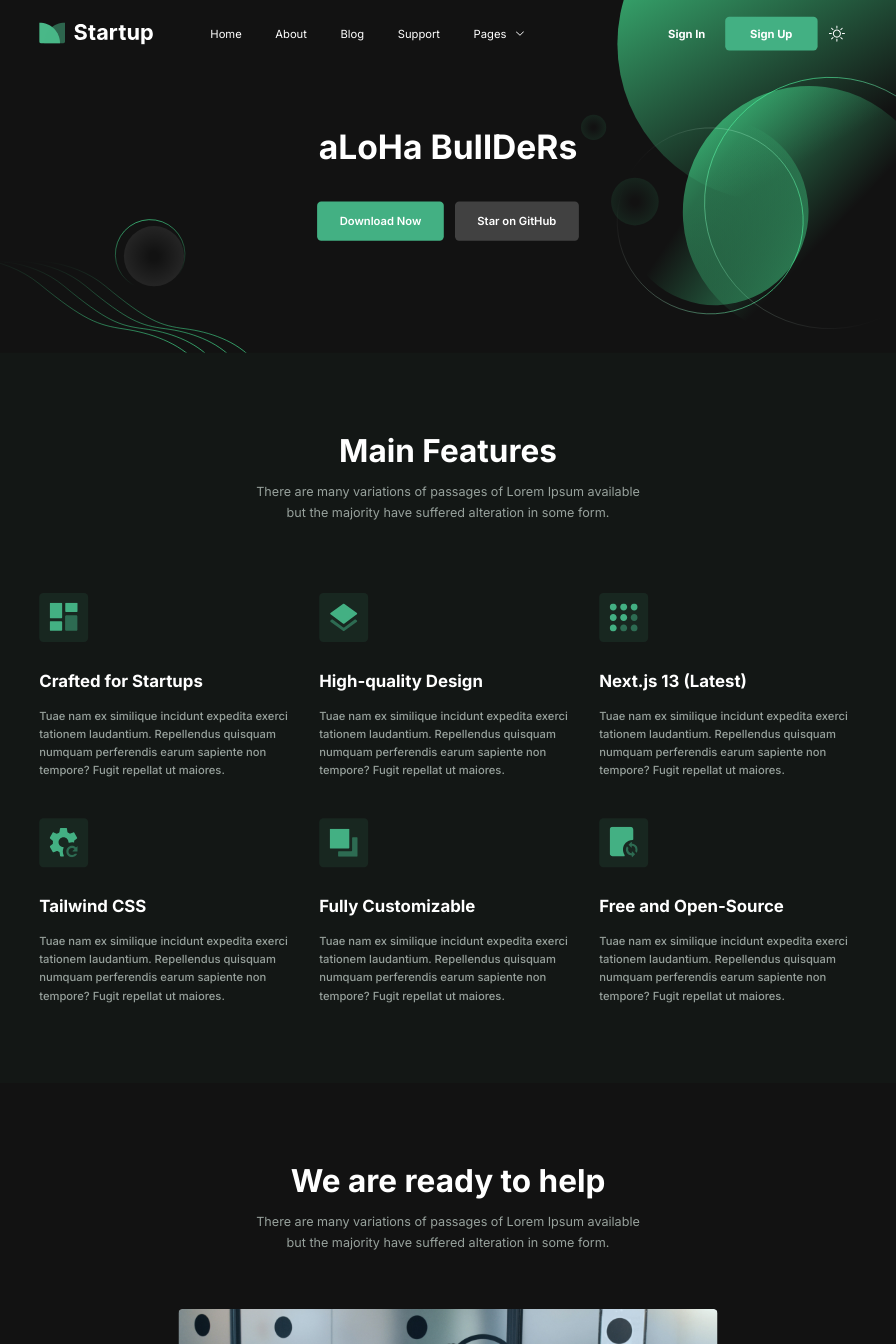
Repository: mosesvk/_startupPoly
Page: /
These files come from the project's save history. The page is drawn as it stood at one moment and after the next save; the edit follows.
The browser window is 1280 px wide. The pictures show the part of the page from y = 0 to 1920 px (the page is 8122 px tall), at 70% of full size.
The project was rebuilt for these pictures with package versions that can differ from the ones it lists, and the page was loaded fresh each time. The framework's server and built-in components were replaced by stand-ins that run in the browser. Also part of the build but not shown: next.config.js.

Above is the page before, as saved 2023-08-23 13:54:53.

### app/layout.tsx
"use client";

import Footer from "@/components/Footer";
import Header from "@/components/Header";
import ScrollToTop from "@/components/ScrollToTop";
import "node_modules/react-modal-video/css/modal-video.css";
import "../styles/index.css";

export default function RootLayout({
  children,
}: {
  children: React.ReactNode;
}) {
  return (
    <html suppressHydrationWarning lang="en">
      {/*
        <head /> will contain the components returned by the nearest parent
        head.js. Find out more at https://beta.nextjs.org/docs/api-reference/file-conventions/head
      */}
      <head />

      <body className="">
        <Providers>
          <Header />
          {children}
          <Footer />
          <ScrollToTop />
        </Providers>
      </body>
    </html>
  );
}

import { Providers } from "./providers";

### components/ScrollToTop/index.tsx
import { useEffect, useState } from "react";

export default function ScrollToTop() {
  const [isVisible, setIsVisible] = useState(false);

  // Top: 0 takes us all the way back to the top of the page
  // Behavior: smooth keeps it smooth!
  const scrollToTop = () => {
    window.scrollTo({
      top: 0,
      behavior: "smooth",
    });
  };

  useEffect(() => {
    // Button is displayed after scrolling for 500 pixels
    const toggleVisibility = () => {
      if (window.pageYOffset > 300) {
        setIsVisible(true);
      } else {
        setIsVisible(false);
      }
    };

    window.addEventListener("scroll", toggleVisibility);

    return () => window.removeEventListener("scroll", toggleVisibility);
  }, []);

  return (
    <div className="fixed bottom-8 right-8 z-[99]">
      {isVisible && (
        <div
          onClick={scrollToTop}
          aria-label="scroll to top"
          className="flex h-10 w-10 cursor-pointer items-center justify-center rounded-md bg-primary text-white shadow-md transition duration-300 ease-in-out hover:bg-opacity-80 hover:shadow-signUp"
        >
          <span className="mt-[6px] h-3 w-3 rotate-45 border-t border-l border-white"></span>
        </div>
      )}
    </div>
  );
}

### components/Blog/index.tsx
import SectionTitle from "../Common/SectionTitle";
import SingleBlog from "./SingleBlog";
import blogData from "./blogData";

const Blog = () => {
  return (
    <section id="blog" className="bg-primary/5 py-16 md:py-20 lg:py-28">
      <div className="container">
        <SectionTitle
          title="Our Latest Blogs"
          paragraph="There are many variations of passages of Lorem Ipsum available but the majority have suffered alteration in some form."
          center
        />

        <div className="grid grid-cols-1 gap-x-8 gap-y-10 md:grid-cols-2 md:gap-x-6 lg:gap-x-8 xl:grid-cols-3">
          {blogData.map((blog) => (
            <div key={blog.id} className="w-full">
              <SingleBlog blog={blog} />
            </div>
          ))}
        </div>
      </div>
    </section>
  );
};

export default Blog;

### components/Features/index.tsx
import SectionTitle from "../Common/SectionTitle";
import SingleFeature from "./SingleFeature";
import featuresData from "./featuresData";

const Features = () => {
  return (
    <>
      <section
        id="features"
        className="bg-primary/[.03] py-16 md:py-20 lg:py-28"
      >
        <div className="container">
          <SectionTitle
            title="Main Features"
            paragraph="There are many variations of passages of Lorem Ipsum available but the majority have suffered alteration in some form."
            center
          />

          <div className="grid grid-cols-1 gap-x-8 gap-y-14 md:grid-cols-2 lg:grid-cols-3">
            {featuresData.map((feature) => (
              <SingleFeature key={feature.id} feature={feature} />
            ))}
          </div>
        </div>
      </section>
    </>
  );
};

export default Features;

### components/Hero/index.tsx
import Link from "next/link";

const Hero = () => {
  return (
    <>
      <section
        id="home"
        className="relative z-10 overflow-hidden pt-[120px] pb-16 md:pt-[150px] md:pb-[120px] xl:pt-[180px] xl:pb-[160px] 2xl:pt-[210px] 2xl:pb-[200px]"
      >
        <div className="container">
          <div className="-mx-4 flex flex-wrap">
            <div className="w-full px-4">
              <div
                className="wow fadeInUp mx-auto max-w-[800px] text-center"
                data-wow-delay=".2s"
              >
                <h1 className="mb-5 text-3xl font-bold leading-tight text-black dark:text-white sm:text-4xl sm:leading-tight md:text-5xl md:leading-tight">
                  aLoHa BuIlDeRs
                </h1>
                <p className="mb-12 text-base font-medium !leading-relaxed text-body-color dark:text-white dark:opacity-90 sm:text-lg md:text-xl">

                </p>
                <div className="flex flex-col items-center justify-center space-y-4 sm:flex-row sm:space-x-4 sm:space-y-0">
                  <Link
                    href="https://nextjstemplates.com/templates/startup"
                    className="rounded-md bg-primary py-4 px-8 text-base font-semibold text-white duration-300 ease-in-out hover:bg-primary/80"
                  >
                    Download Now
                  </Link>
                  <Link
                    href="https://github.com/NextJSTemplates/startup-nextjs"
                    className="rounded-md bg-black/20 py-4 px-8 text-base font-semibold text-black duration-300 ease-in-out hover:bg-black/30 dark:bg-white/20 dark:text-white dark:hover:bg-white/30"
                  >
                    Star on GitHub
                  </Link>
                </div>
              </div>
            </div>
          </div>
        </div>
        <div className="absolute top-0 right-0 z-[-1] opacity-30 lg:opacity-100">
          <svg
            width="450"
            height="556"
            viewBox="0 0 450 556"
            fill="none"
            xmlns="http://www.w3.org/2000/svg"
          >
            <circle
              cx="277"
              cy="63"
              r="225"
              fill="url(#paint0_linear_25:217)"
            />
            <circle
              cx="17.9997"
              cy="182"
              r="18"
              fill="url(#paint1_radial_25:217)"
            />
            <circle
              cx="76.9997"
              cy="288"
              r="34"
              fill="url(#paint2_radial_25:217)"
            />
            <circle
              cx="325.486"
              cy="302.87"
              r="180"
              transform="rotate(-37.6852 325.486 302.87)"
              fill="url(#paint3_linear_25:217)"
            />
            <circle
              opacity="0.8"
              cx="184.521"
              cy="315.521"
              r="132.862"
              transform="rotate(114.874 184.521 315.521)"
              stroke="url(#paint4_linear_25:217)"
            />
            <circle
              opacity="0.8"
              cx="356"
              cy="290"
              r="179.5"
              transform="rotate(-30 356 290)"
              stroke="url(#paint5_linear_25:217)"
            />
            <circle
              opacity="0.8"
              cx="191.659"
              cy="302.659"
              r="133.362"
              transform="rotate(133.319 191.659 302.659)"
              fill="url(#paint6_linear_25:217)"
            />
            <defs>
              <linearGradient
                id="paint0_linear_25:217"
                x1="-54.5003"
                y1="-178"
                x2="222"
                y2="288"
                gradientUnits="userSpaceOnUse"
              >
                <stop stopColor="#4af79e" />
                <stop offset="1" stopColor="#4af79e" stopOpacity="0" />
              </linearGradient>
              <radialGradient
                id="paint1_radial_25:217"
                cx="0"
                cy="0"
                r="1"
                gradientUnits="userSpaceOnUse"
                gradientTransform="translate(17.9997 182) rotate(90) scale(18)"
              >
                <stop offset="0.145833" stopColor="#4af79e" stopOpacity="0" />
                <stop offset="1" stopColor="#4af79e" stopOpacity="0.08" />
              </radialGradient>
              <radialGradient
                id="paint2_radial_25:217"
                cx="0"
                cy="0"
                r="1"
                gradientUnits="userSpaceOnUse"
                gradientTransform="translate(76.9997 288) rotate(90) scale(34)"
              >
                <stop offset="0.145833" stopColor="#4af79e" stopOpacity="0" />
                <stop offset="1" stopColor="#4af79e" stopOpacity="0.08" />
              </radialGradient>
              <linearGradient
                id="paint3_linear_25:217"
                x1="226.775"
                y1="-66.1548"
                x2="292.157"
                y2="351.421"
                gradientUnits="userSpaceOnUse"
              >
                <stop stopColor="#4af79e" />
                <stop offset="1" stopColor="#4af79e" stopOpacity="0" />
              </linearGradient>
              <linearGradient
                id="paint4_linear_25:217"
                x1="184.521"
                y1="182.159"
                x2="184.521"
                y2="448.882"
                gradientUnits="userSpaceOnUse"
              >
                <stop stopColor="#4af79e" />
                <stop offset="1" stopColor="white" stopOpacity="0" />
              </linearGradient>
              <linearGradient
                id="paint5_linear_25:217"
                x1="356"
                y1="110"
                x2="356"
                y2="470"
                gradientUnits="userSpaceOnUse"
              >
                <stop stopColor="#4af79e" />
                <stop offset="1" stopColor="white" stopOpacity="0" />
              </linearGradient>
              <linearGradient
                id="paint6_linear_25:217"
                x1="118.524"
                y1="29.2497"
                x2="166.965"
                y2="338.63"
                gradientUnits="userSpaceOnUse"
              >
                <stop stopColor="#4af79e" />
                <stop offset="1" stopColor="#4af79e" stopOpacity="0" />
              </linearGradient>
            </defs>
          </svg>
        </div>
        <div className="absolute bottom-0 left-0 z-[-1] opacity-30 lg:opacity-100">
          <svg
            width="364"
            height="201"
            viewBox="0 0 364 201"
            fill="none"
            xmlns="http://www.w3.org/2000/svg"
          >
            <path
              d="M5.88928 72.3303C33.6599 66.4798 101.397 64.9086 150.178 105.427C211.155 156.076 229.59 162.093 264.333 166.607C299.076 171.12 337.718 183.657 362.889 212.24"
              stroke="url(#paint0_linear_25:218)"
            />
            <path
              d="M-22.1107 72.3303C5.65989 66.4798 73.3965 64.9086 122.178 105.427C183.155 156.076 201.59 162.093 236.333 166.607C271.076 171.12 309.718 183.657 334.889 212.24"
              stroke="url(#paint1_linear_25:218)"
            />
            <path
              d="M-53.1107 72.3303C-25.3401 66.4798 42.3965 64.9086 91.1783 105.427C152.155 156.076 170.59 162.093 205.333 166.607C240.076 171.12 278.718 183.657 303.889 212.24"
              stroke="url(#paint2_linear_25:218)"
            />
            <path
              d="M-98.1618 65.0889C-68.1416 60.0601 4.73364 60.4882 56.0734 102.431C120.248 154.86 139.905 161.419 177.137 166.956C214.37 172.493 255.575 186.165 281.856 215.481"
              stroke="url(#paint3_linear_25:218)"
            />
            <circle
              opacity="0.8"
              cx="214.505"
              cy="60.5054"
              r="49.7205"
              transform="rotate(-13.421 214.505 60.5054)"
              stroke="url(#paint4_linear_25:218)"
            />
            <circle cx="220" cy="63" r="43" fill="url(#paint5_radial_25:218)" />
            <defs>
              <linearGradient
                id="paint0_linear_25:218"
                x1="184.389"
                y1="69.2405"
                x2="184.389"
                y2="212.24"
                gradientUnits="userSpaceOnUse"
              >
                <stop stopColor="#4af79e" stopOpacity="0" />
                <stop offset="1" stopColor="#4af79e" />
              </linearGradient>
              <linearGradient
                id="paint1_linear_25:218"
                x1="156.389"
                y1="69.2405"
                x2="156.389"
                y2="212.24"
                gradientUnits="userSpaceOnUse"
              >
                <stop stopColor="#4af79e" stopOpacity="0" />
                <stop offset="1" stopColor="#4af79e" />
              </linearGradient>
              <linearGradient
                id="paint2_linear_25:218"
                x1="125.389"
                y1="69.2405"
                x2="125.389"
                y2="212.24"
                gradientUnits="userSpaceOnUse"
              >
                <stop stopColor="#4af79e" stopOpacity="0" />
                <stop offset="1" stopColor="#4af79e" />
              </linearGradient>
              <linearGradient
                id="paint3_linear_25:218"
                x1="93.8507"
                y1="67.2674"
                x2="89.9278"
                y2="210.214"
                gradientUnits="userSpaceOnUse"
              >
                <stop stopColor="#4af79e" stopOpacity="0" />
                <stop offset="1" stopColor="#4af79e" />
              </linearGradient>
              <linearGradient
                id="paint4_linear_25:218"
                x1="214.505"
                y1="10.2849"
                x2="212.684"
                y2="99.5816"
                gradientUnits="userSpaceOnUse"
              >
                <stop stopColor="#4af79e" />
                <stop offset="1" stopColor="#4af79e" stopOpacity="0" />
              </linearGradient>
              <radialGradient
                id="paint5_radial_25:218"
                cx="0"
                cy="0"
                r="1"
                gradientUnits="userSpaceOnUse"
                gradientTransform="translate(220 63) rotate(90) scale(43)"
              >
                <stop offset="0.145833" stopColor="white" stopOpacity="0" />
                <stop offset="1" stopColor="white" stopOpacity="0.08" />
              </radialGradient>
            </defs>
          </svg>
        </div>
      </section>
    </>
  );
};

export default Hero;

### components/Header/menuData.tsx
import { Menu } from "@/types/menu";

const menuData: Menu[] = [
  {
    id: 1,
    title: "Home",
    path: "/",
    newTab: false,
  },
  {
    id: 2,
    title: "About",
    path: "/about",
    newTab: false,
  },
  {
    id: 33,
    title: "Blog",
    path: "/blog",
    newTab: false,
  },
  {
    id: 3,
    title: "Support",
    path: "/contact",
    newTab: false,
  },
  {
    id: 4,
    title: "Pages",
    newTab: false,
    submenu: [
      {
        id: 41,
        title: "About Page",
        path: "/about",
        newTab: false,
      },
      {
        id: 42,
        title: "Contact Page",
        path: "/contact",
        newTab: false,
      },
      {
        id: 43,
        title: "Blog Grid Page",
        path: "/blog",
        newTab: false,
      },
      {
        id: 44,
        title: "Blog Sidebar Page",
        path: "/blog-sidebar",
        newTab: false,
      },
      {
        id: 45,
        title: "Blog Details Page",
        path: "/blog-details",
        newTab: false,
      },
      {
        id: 46,
        title: "Sign In Page",
        path: "/signin",
        newTab: false,
      },
      {
        id: 47,
        title: "Sign Up Page",
        path: "/signup",
        newTab: false,
      },
      {
        id: 48,
        title: "Error Page",
        path: "/error",
        newTab: false,
      },
    ],
  },
];
export default menuData;

### components/Common/SectionTitle.tsx
const SectionTitle = ({
  title,
  paragraph,
  width = "570px",
  center,
  mb = "100px",
}: {
  title: string;
  paragraph: string;
  width?: string;
  center?: boolean;
  mb?: string;
}) => {
  return (
    <>
      <div
        className={`wow fadeInUp w-full ${center ? "mx-auto text-center" : ""}`}
        data-wow-delay=".1s"
        style={{ maxWidth: width, marginBottom: mb }}
      >
        <h2 className="mb-4 text-3xl font-bold !leading-tight text-black dark:text-white sm:text-4xl md:text-[45px]">
          {title}
        </h2>
        <p className="text-base !leading-relaxed text-body-color md:text-lg">
          {paragraph}
        </p>
      </div>
    </>
  );
};

export default SectionTitle;

### components/Blog/blogData.tsx
import { Blog } from "@/types/blog";

const blogData: Blog[] = [
  {
    id: 1,
    title: "Best UI components for modern websites",
    paragraph:
      "Lorem ipsum dolor sit amet, consectetur adipiscing elit. Cras sit amet dictum neque, laoreet dolor.",
    image: "/images/blog/blog-01.jpg",
    author: {
      name: "Samuyl Joshi",
      image: "/images/blog/author-01.png",
      designation: "Graphic Designer",
    },
    tags: ["creative"],
    publishDate: "2025",
  },
  {
    id: 2,
    title: "9 simple ways to improve your design skills",
    paragraph:
      "Lorem ipsum dolor sit amet, consectetur adipiscing elit. Cras sit amet dictum neque, laoreet dolor.",
    image: "/images/blog/blog-02.jpg",
    author: {
      name: "Musharof Chy",
      image: "/images/blog/author-02.png",
      designation: "Content Writer",
    },
    tags: ["computer"],
    publishDate: "2025",
  },
  {
    id: 3,
    title: "Tips to quickly improve your coding speed.",
    paragraph:
      "Lorem ipsum dolor sit amet, consectetur adipiscing elit. Cras sit amet dictum neque, laoreet dolor.",
    image: "/images/blog/blog-03.jpg",
    author: {
      name: "Lethium Deo",
      image: "/images/blog/author-03.png",
      designation: "Graphic Designer",
    },
    tags: ["design"],
    publishDate: "2025",
  },
];
export default blogData;

### components/Features/SingleFeature.tsx
import { Feature } from "@/types/feature";

const SingleFeature = ({ feature }: { feature: Feature }) => {
  const { icon, title, paragraph } = feature;
  return (
    <div className="w-full">
      <div className="wow fadeInUp" data-wow-delay=".15s">
        <div className="mb-10 flex h-[70px] w-[70px] items-center justify-center rounded-md bg-primary bg-opacity-10 text-primary">
          {icon}
        </div>
        <h3 className="mb-5 text-xl font-bold text-black dark:text-white sm:text-2xl lg:text-xl xl:text-2xl">
          {title}
        </h3>
        <p className="pr-[10px] text-base font-medium leading-relaxed text-body-color">
          {paragraph}
        </p>
      </div>
    </div>
  );
};

export default SingleFeature;

### components/Pricing/OfferList.tsx
const checkIcon = (
  <svg width="8" height="6" viewBox="0 0 8 6" className="fill-current">
    <path d="M2.90567 6.00024C2.68031 6.00024 2.48715 5.92812 2.294 5.74764L0.169254 3.43784C-0.0560926 3.18523 -0.0560926 2.78827 0.169254 2.53566C0.39461 2.28298 0.74873 2.28298 0.974086 2.53566L2.90567 4.66497L7.02642 0.189715C7.25175 -0.062913 7.60585 -0.062913 7.83118 0.189715C8.0566 0.442354 8.0566 0.839355 7.83118 1.09198L3.54957 5.78375C3.32415 5.92812 3.09882 6.00024 2.90567 6.00024Z" />
  </svg>
);

const crossIcon = (
  <svg width="7" height="7" viewBox="0 0 8 8" className="fill-current">
    <path d="M7.4499 0.512524C7.1124 0.175024 6.5874 0.175024 6.2499 0.512524L3.9999 2.80002L1.7124 0.512524C1.3749 0.175024 0.849902 0.175024 0.512402 0.512524C0.174902 0.850024 0.174902 1.37502 0.512402 1.71252L2.7999 4.00002L0.512402 6.28752C0.174902 6.62502 0.174902 7.15002 0.512402 7.48752C0.662402 7.63752 0.887402 7.75002 1.1124 7.75002C1.3374 7.75002 1.5624 7.67502 1.7124 7.48752L3.9999 5.20002L6.2874 7.48752C6.4374 7.63752 6.6624 7.75002 6.8874 7.75002C7.1124 7.75002 7.3374 7.67502 7.4874 7.48752C7.8249 7.15002 7.8249 6.62502 7.4874 6.28752L5.1999 4.00002L7.4874 1.71252C7.7874 1.37502 7.7874 0.850024 7.4499 0.512524Z" />
  </svg>
);

const OfferList = ({
  text,
  status,
}: {
  text: string;
  status: "active" | "inactive";
}) => {
  return (
    <div className="mb-3 flex items-center">
      <span className="mr-3 flex h-[18px] w-full max-w-[18px] items-center justify-center rounded-full bg-primary bg-opacity-10 text-primary">
        {status === "active" ? checkIcon : crossIcon}
      </span>
      <p className="m-0 text-base font-medium text-body-color">{text}</p>
    </div>
  );
};

export default OfferList;

Loaded but not shown: app/page.tsx (common file); styles/index.css (common file); app/providers.tsx (common file); components/Common/ScrollUp.tsx (common file); tailwind.config.js (55 lines, source omitted); components/Footer/index.tsx (410 lines, source omitted); components/Header/ThemeToggler.tsx (43 lines, source omitted); components/Features/featuresData.tsx (95 lines, source omitted); components/Header/index.tsx (177 lines, source omitted); components/Contact/NewsLatterBox.tsx (175 lines, source omitted); components/Testimonials/index.tsx (183 lines, source omitted); components/Pricing/index.tsx (164 lines, source omitted); components/Contact/index.tsx (86 lines, source omitted); components/Pricing/PricingBox.tsx (81 lines, source omitted); components/About/AboutSectionOne.tsx (72 lines, source omitted); components/About/AboutSectionTwo.tsx (57 lines, source omitted); components/Blog/SingleBlog.tsx (58 lines, source omitted); components/Video/index.tsx (67 lines, source omitted); components/Brands/index.tsx (76 lines, source omitted); components/Testimonials/SingleTestimonial.tsx (47 lines, source omitted)

After the next save:
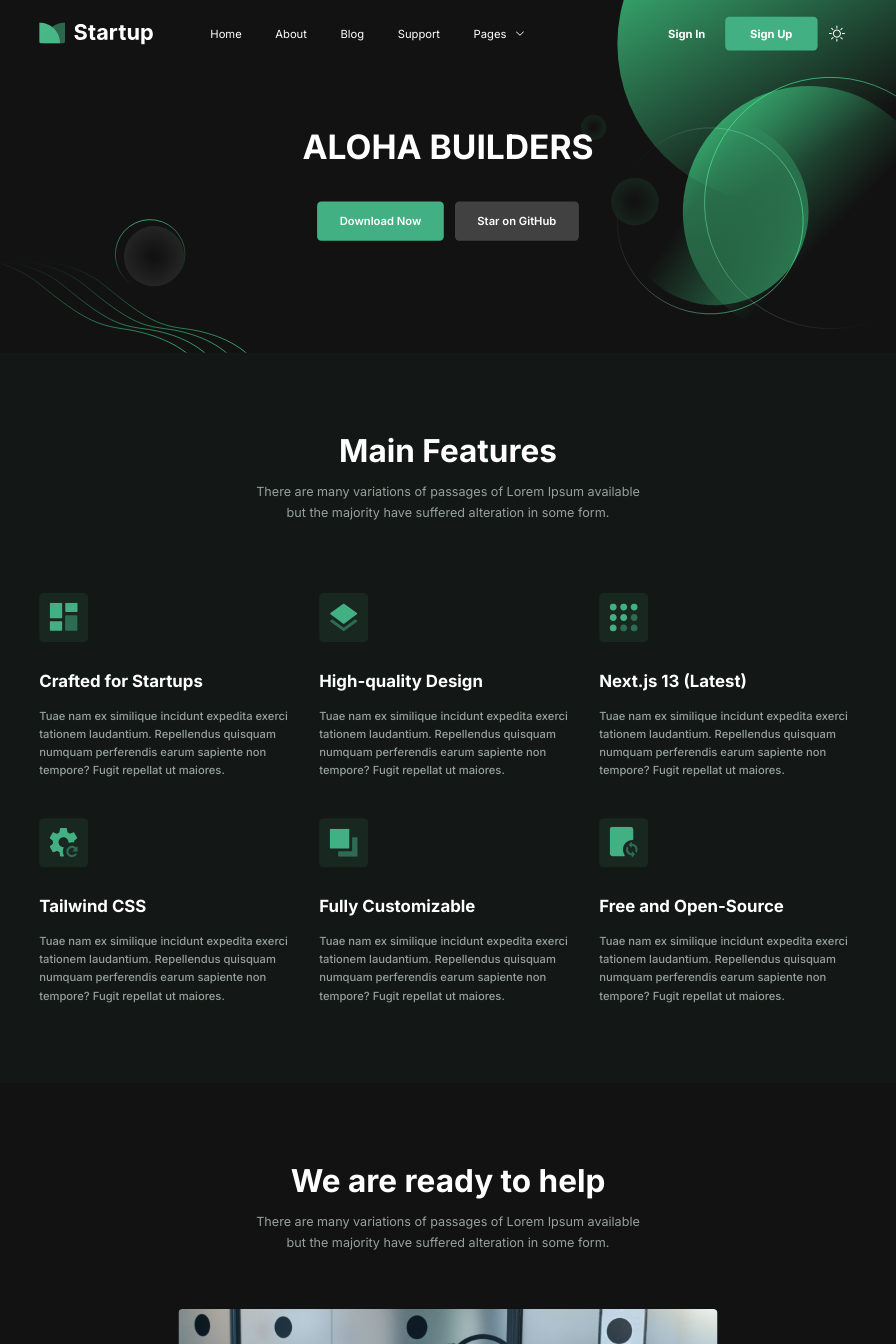
Saved 13 s later.
--- a/components/Hero/index.tsx
+++ b/components/Hero/index.tsx
@@ -15,7 +15,7 @@
                 data-wow-delay=".2s"
               >
                 <h1 className="mb-5 text-3xl font-bold leading-tight text-black dark:text-white sm:text-4xl sm:leading-tight md:text-5xl md:leading-tight">
-                  aLoHa BuIlDeRs
+                  ALOHA BUILDERS
                 </h1>
                 <p className="mb-12 text-base font-medium !leading-relaxed text-body-color dark:text-white dark:opacity-90 sm:text-lg md:text-xl">
 
